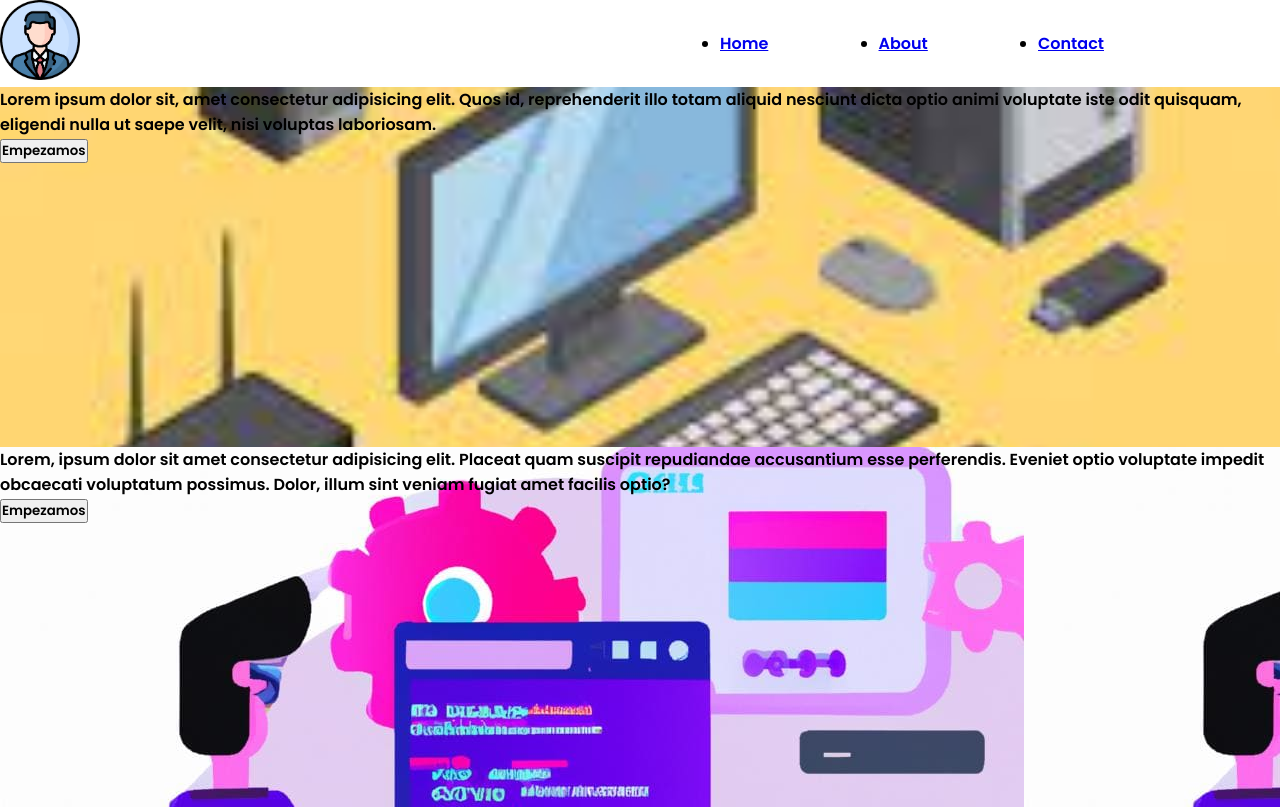
Repository: Sxcram02/projects
Page: screen-split/index.html
The author's editor kept a copy of each file at every save. The page is drawn from the files as they stood at one save, then again after the next save.
The browser window is 1280 px wide. The pictures show the whole page.

Above is the page before, as saved 2023-03-17 00:23:26.

### screen-split/index.html
<!DOCTYPE html>
<html lang="en">
<head>
    <meta charset="UTF-8">
    <meta http-equiv="X-UA-Compatible" content="IE=edge">
    <meta name="viewport" content="width=device-width, initial-scale=1.0">
    <link rel="stylesheet" href="https://cdn.jsdelivr.net/npm/boxicons@latest/css/boxicons.min.css">
    <link rel="stylesheet" href="style/index.css" type="text/css">
    <title>Screen Split</title>
</head>
<body>
    <div class="root-element">
    <header>
        <div class="image-perfil">
            <img src="media/Sin título.png" class="photoPerfil" alt="">
        </div>
        <nav>
            <ul>
                <li><a href="/index.html">Home</a></li>
                <li><a href="#">About</a></li>
                <li><a href="#">Contact</a></li>
            </ul>
        </nav>
    </header>
    <main>
        <aside class="box-text">
            <div class="image-filterHard">
            <p>Lorem ipsum dolor sit, amet consectetur adipisicing elit. Quos id, reprehenderit illo totam aliquid nesciunt dicta optio animi voluptate iste odit quisquam, eligendi nulla ut saepe velit, nisi voluptas laboriosam.</p>
            <button>Empezamos</button>
            </div>
        </aside>
        <aside class="box-software">
            <div class="image-filterSoft">
            <p>Lorem, ipsum dolor sit amet consectetur adipisicing elit. Placeat quam suscipit repudiandae accusantium esse perferendis. Eveniet optio voluptate impedit obcaecati voluptatum possimus. Dolor, illum sint veniam fugiat amet facilis optio?</p>
            <button>Empezamos</button>
            </div>
        </aside>
    </main>
    </div>
</body>
</html>

### screen-split/style/index.css
@import url('https://fonts.googleapis.com/css2?family=Poppins:ital,wght@0,600;0,700;0,800;1,700&display=swap');

* {
    padding: 0;
    margin: 0;
    box-sizing: border-box;
    font-family: 'Poppins',sans-serif;
}

header {
    width: 100vw;
    display: flex;
    justify-content: start;
    align-items: center;
}

.photoPerfil {
    width: 80px;
}

nav {
    margin-left: 50%;
    width: 30%;
}

nav ul {
    display: flex;
    justify-content: space-between;
    align-items: center;
}

main {
    width:100vw;
    height: 50vh;
}

aside {
    width: 100%;
    height: 100%;
}

.box-text {
    background-image: url(../media/hardware.jpeg);
    background-position: center;
    background-size: cover;
}

.box-software {
    background-image: url(../media/software.jpg);
}

/* @media screen and (min-width:1000px){
    nav {
        width: 50%;
    }

    main {
        flex-direction: row;
    }

    div {
        width: 50%;
        height: 100vh;
    }
} */

After the next save:
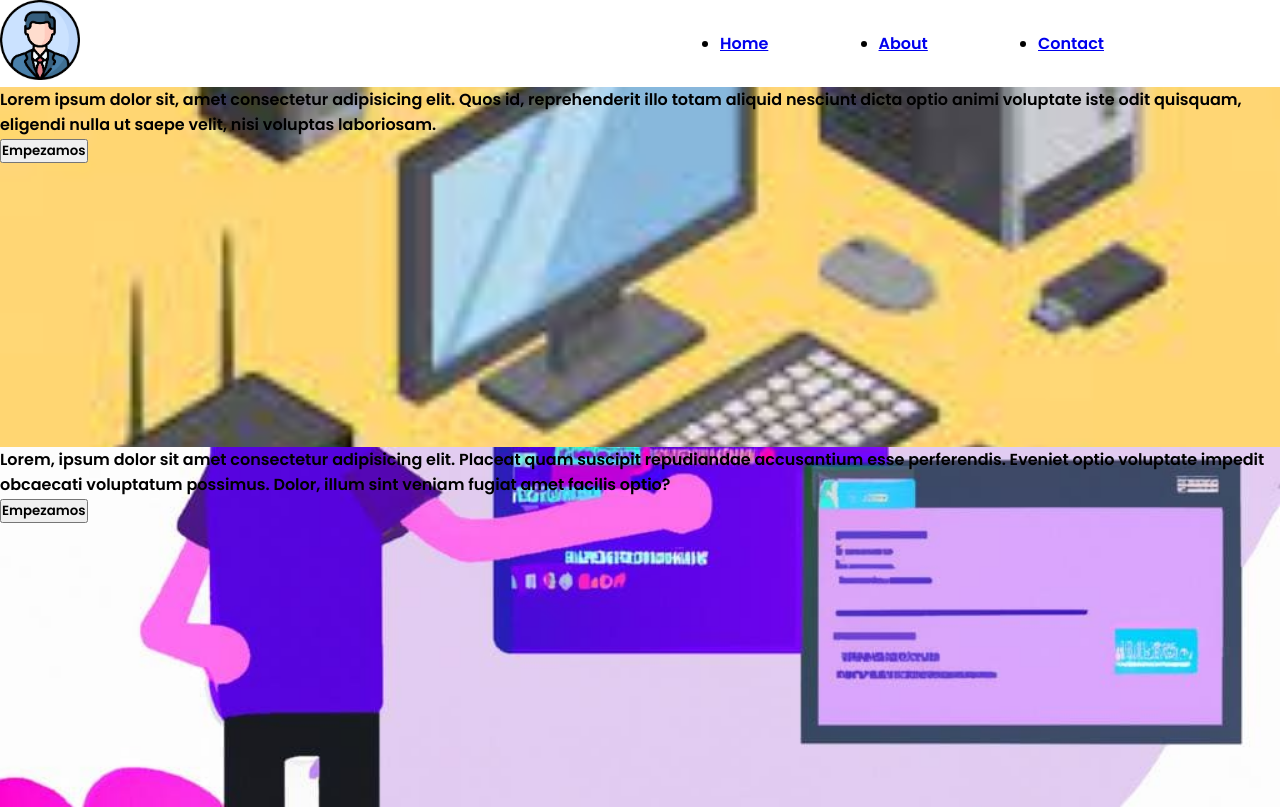
Saved 16 s later.
--- a/screen-split/style/index.css
+++ b/screen-split/style/index.css
@@ -47,6 +47,8 @@ aside {
 
 .box-software {
     background-image: url(../media/software.jpg);
+    background-position: center;
+    background-size: cover;
 }
 
 /* @media screen and (min-width:1000px){
